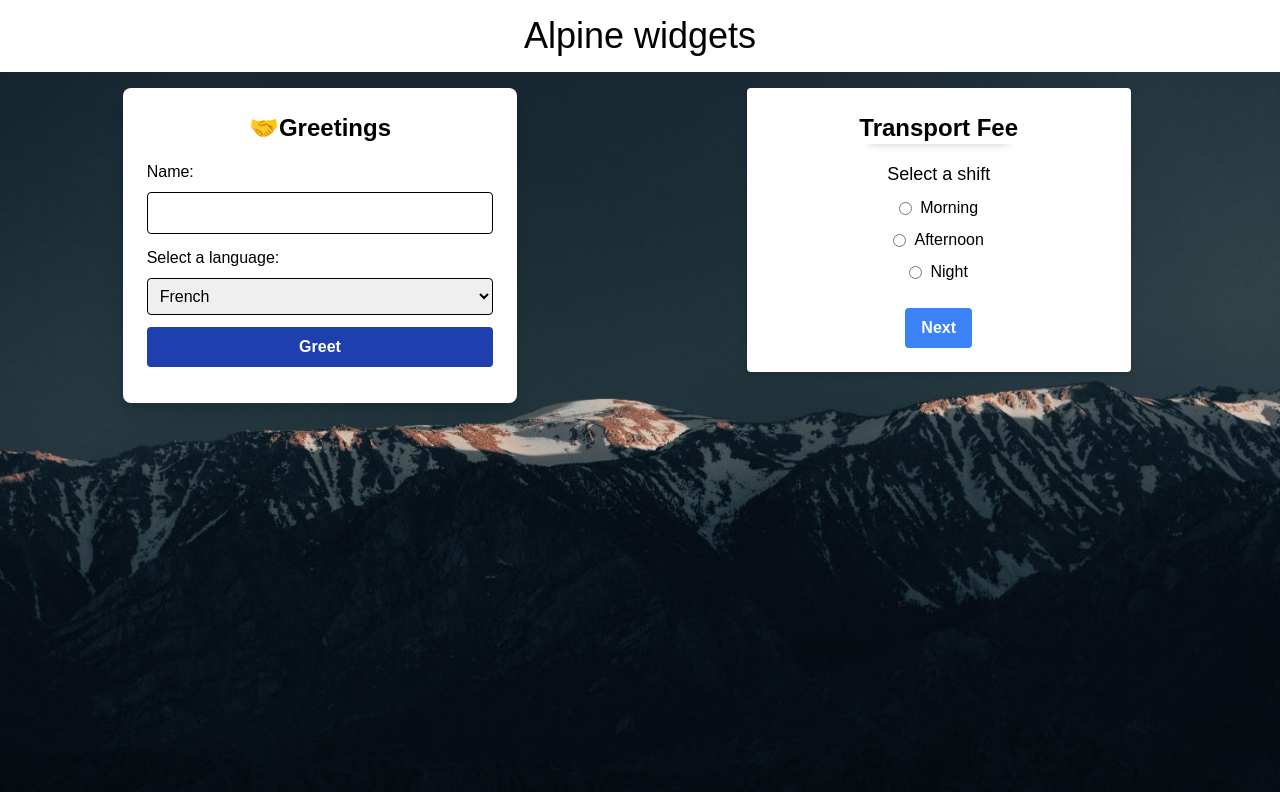
Repository: lasity34/alpine-bootcamp-widgets
Page: index.html
The author's editor kept a copy of each file at every save. The page is drawn from the files as they stood at one save, then again after the next save.
The browser window is 1280 px wide. The pictures show the whole page.
Some web fonts or font styles are not loaded; a fallback is used. Some web libraries are served in a nearby version.

Above is the page before, as saved 2023-07-12 15:41:54.
Console error: ReferenceError: shift is not defined

### index.html
<!DOCTYPE html>
<html lang="en">
  <head>
    <meta charset="UTF-8" />
    <meta name="viewport" content="width=device-width, initial-scale=1.0" />
    <title>Alpine bootcamp widgets</title>
    <script src="https://unpkg.com/alpinejs@3.2.2" defer></script>

    <link
      href="https://cdn.jsdelivr.net/npm/tailwindcss@2.1.2/dist/tailwind.min.css"
      rel="stylesheet"
    />
    <link rel="preconnect" href="https://fonts.googleapis.com" />
    <link rel="preconnect" href="https://fonts.gstatic.com" crossorigin />
    <link
      href="https://fonts.googleapis.com/css2?family=Titillium+Web:ital@0;1&family=Tsukimi+Rounded:wght@300;400;500&display=swap"
      rel="stylesheet"
    />
    <link rel="stylesheet" href="./style.css" />
  </head>
  <body>
    <h1 class="text-4xl text-center mt-4 pb-4">Alpine widgets</h1>
    <div class="widget_container flex justify-around items-start h-screen">
      <section x-data="greet" class="w-1/3" max-w-sm>
        <div class="bg-white rounded-lg shadow-lg p-6 m-4">
          <h2 class="text-2xl text-center font-bold mb-4">🤝Greetings</h2>
          <p
            class="mt-3 text-red-600 text-xl text-center"
            x-text="notification"
            x-show.transition="showNotification"
            x-transition:leave="transition ease-in duration-1000"
            x-transition:leave-start="opacity-100"
            x-transition:leave-end="opacity-0"
          ></p>
          <div>
            <label>Name:</label>
            <input
              type="text"
              x-model="name"
              class="border border-black p-2 mt-2 rounded w-full"
            />

            <label class="mt-3 block">Select a language:</label>
            <select
              x-model="language"
              class="border border-black mt-2 p-2 rounded w-full"
            >
              <option value="French">French</option>
              <option value="English">English</option>
              <option value="Spanish">Spanish</option>
            </select>
            <div class="flex justify-center flex-col">
              <button
                @click="validateInput() & greeting()"
                class="text-center mt-3 bg-blue-800 hover:bg-blue-900 text-white font-bold py-2 px-4 rounded"
              >
                Greet
              </button>

              <p
                class="mt-3 text-purple-700 text-2xl text-center"
                x-text="message"
              ></p>
            </div>
          </div>
        </div>
      </section>
      <section
      class="w-1/3"
        x-data="transportFee"
      >
      <div class="flex flex-col items-center bg-white max-w-sm mt-4 p-6 rounded shadow-md">
        <h1 class="text-2xl font-bold mb-4">Transport Fee</h1>

        <label class="text-lg mb-2">Select a shift</label>

        <div class="flex items-center mb-2">
          <input
            type="radio"
            id="morning"
            name="shift"
            x-model="shift"
            value="morning"
            class="mr-2"
          />
          <label for="morning">Morning</label>
        </div>

        <div class="flex items-center mb-2">
          <input
            type="radio"
            id="afternoon"
            name="shift"
            x-model="shift"
            value="afternoon"
            class="mr-2"
          />
          <label for="afternoon">Afternoon</label>
        </div>

        <div class="flex items-center mb-2">
          <input
            type="radio"
            id="night"
            name="shift"
            x-model="shift"
            value="night"
            class="mr-2"
          />
          <label for="night">Night</label>
        </div>

        <button
          @click="validate()"
          class="mt-4 bg-blue-500 hover:bg-blue-700 text-white font-bold py-2 px-4 rounded"
        >
          Next
        </button>
        </div>
      </section>
    </div>

    <script src="./greet.js"></script>
    <script src="./transportFee.js"></script>
  </body>
</html>

### style.css
body {


    font-family: 'Tsukimi Rounded', sans-serif;
}

h1 {
    box-shadow: 0 10px 10px -10px rgba(0,0,0,0.2);
    font-family: 'Tsukimi Rounded', sans-serif;
    color: #020101;
}

.widget_container {
    background-image: url(./background.jpg);
    background-repeat: no-repeat;
    background-size: cover;
    background-position: center;
}

### greet.js


function greet() {
  return {
    name: '',
    language: 'French',
    message: '',
    notification: '',
    showNotification: false,
    greeting() {
      if (!this.validateInput()) {
        return;
      }
      if (this.language === 'English') {
        this.message = `🇬🇧 Hello ${this.name} 🇬🇧`
      } else if (this.language === 'French') {
        this.message = `🇫🇷 Bonjour ${this.name} 🇫🇷`
      } else if (this.language === 'Spanish') {
        this.message = `🇪🇸 Hola ${this.name} 🇪🇸`
      }
      this.name = ''
    },
    validateInput() {
      let regex = /^[a-zA-Z]+$/;  // Regex for letters and spaces only
      if (!this.name) {
        this.notify('Please type in a name');
        return false;
      }
      if (!regex.test(this.name)) {
        this.notify('Please don\'t use special characters');
        this.name = ''
        return false;
      }

      return true;
    },
    notify(msg) {
      this.notification = msg;
      this.showNotification = true;
      setTimeout(() => this.showNotification = false, 3000);
    }
  }
}



document.addEventListener("alpine:init", () => {
    Alpine.data("greet", greet);
  });

### transportFee.js
function transportFee() {
    return {

    }
}




document.addEventListener("alpine:init", () => {
    Alpine.data("transportFee", transportFee);
  });

After the next save:
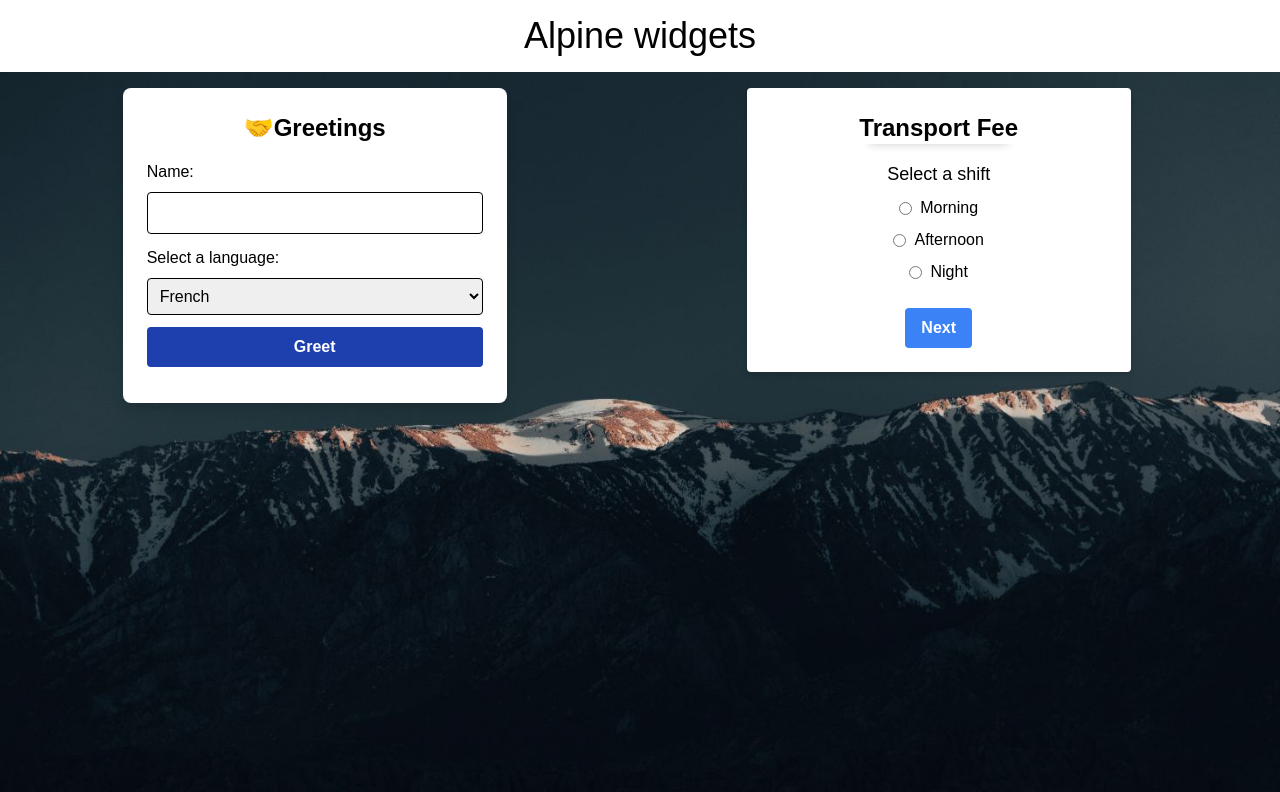
Saved 10 s later.
--- a/index.html
+++ b/index.html
@@ -21,8 +21,8 @@
   <body>
     <h1 class="text-4xl text-center mt-4 pb-4">Alpine widgets</h1>
     <div class="widget_container flex justify-around items-start h-screen">
-      <section x-data="greet" class="w-1/3" max-w-sm>
-        <div class="bg-white rounded-lg shadow-lg p-6 m-4">
+      <section x-data="greet" class="w-1/3" >
+        <div class="bg-white rounded-lg shadow-lg p-6 m-4 max-w-sm">
           <h2 class="text-2xl text-center font-bold mb-4">🤝Greetings</h2>
           <p
             class="mt-3 text-red-600 text-xl text-center"
